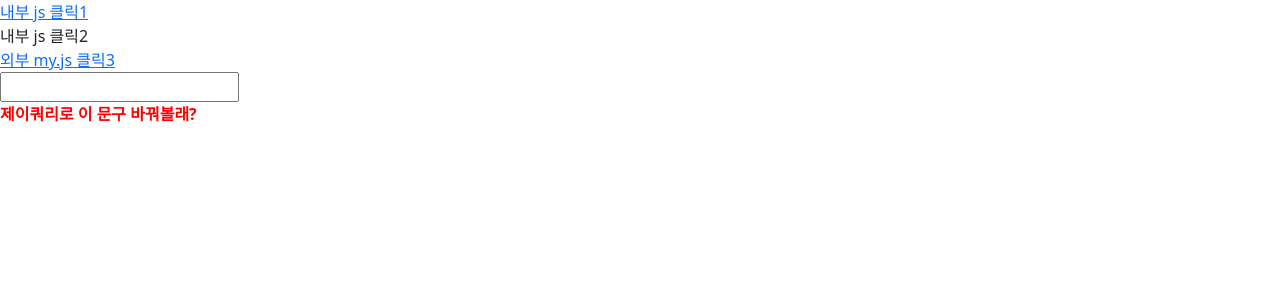
Repository: Won-Hyuk-Lee/kosta_java
Page: http://localhost/web_prj/lec_script.jsp
These files come from the project's save history. The page is drawn as it stood at one moment and after the next save; the edit follows.
The browser window is 1280 px wide. The pictures show the whole page.
The page is served by Tomcat 9. Nobody is signed in. The application's start-up code is not run.

Above is the page before, as saved 2024-05-24 05:22:14.

After the next save:
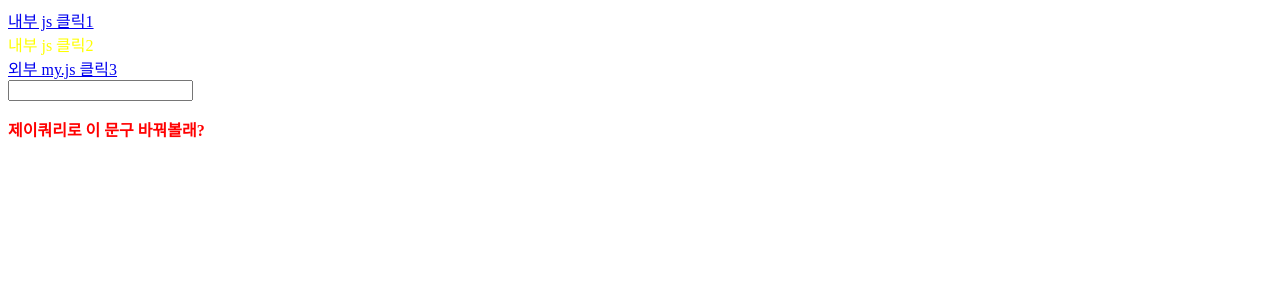
Saved 47 s later.
--- a/web_prj/src/main/webapp/lec_script.jsp
+++ b/web_prj/src/main/webapp/lec_script.jsp
@@ -26,7 +26,7 @@
     font-weight:bold;
   }
   </style>
-  <link href="css/styles.css" rel="stylesheet" />
+  <link href="css/my.css" rel="stylesheet" />
 
     <script>
 
